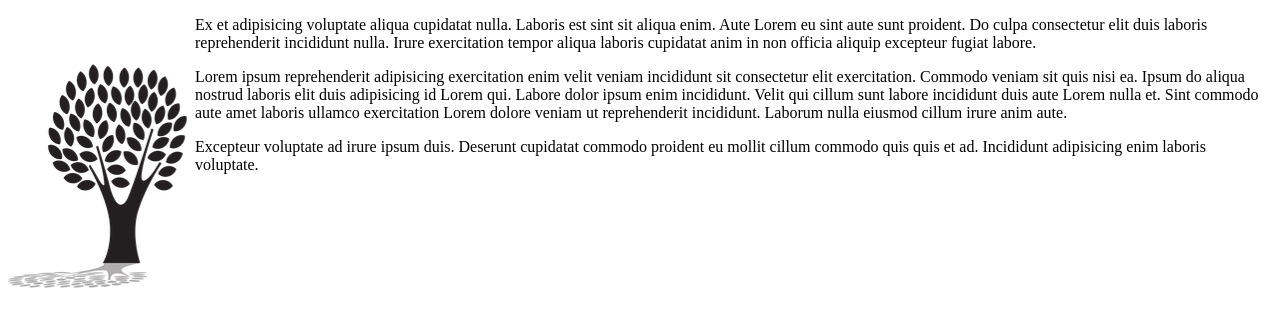
Repository: topyoungil/CodeMemories-ByJake
Page: HTML_CSS/WebContent/test/1003_css/float-1.html
An editor plug-in stored every save of this project. The page is shown before and after the next save, followed by the edit.
The browser window is 1280 px wide. The pictures show the whole page.

Above is the page before, as saved 2022-10-03 06:04:00.

After the next save:
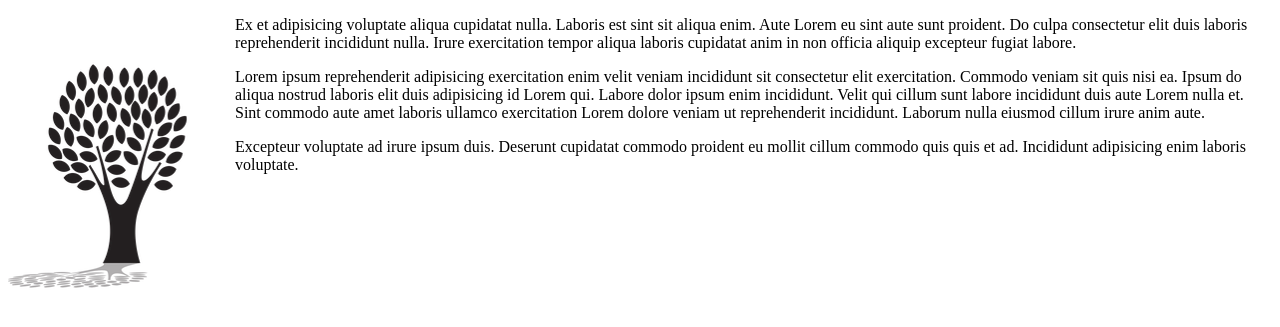
Saved 8 s later.
--- a/HTML_CSS/WebContent/test/1003_css/float-1.html
+++ b/HTML_CSS/WebContent/test/1003_css/float-1.html
@@ -6,7 +6,7 @@
 <style>
 	img {
 		float: left;
-		maring-right: 40px;
+		margin-right: 40px;
 	}
 
 </style>
